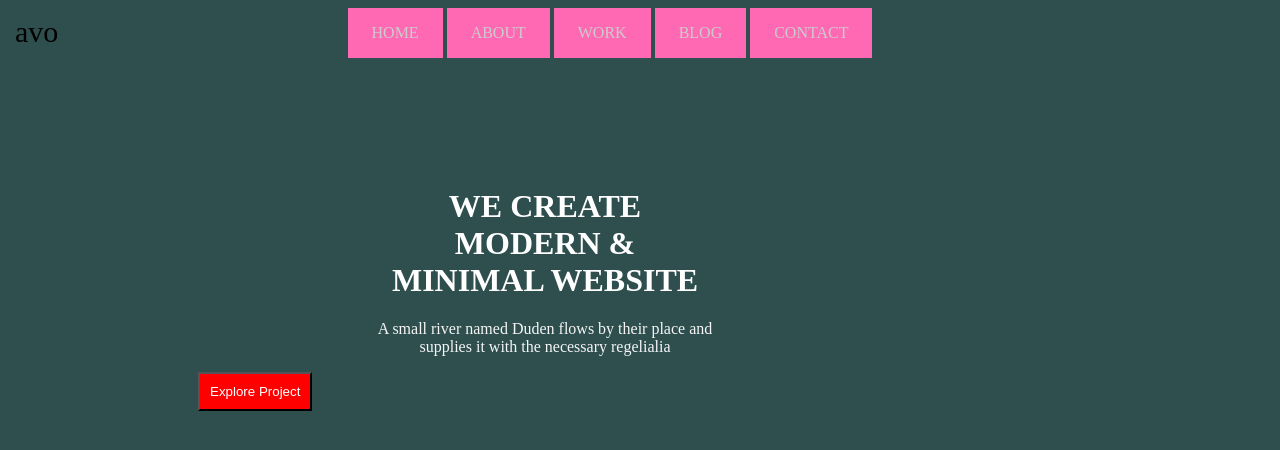
Repository: Tobby004/AVO-Template
Page: avo.html
These files come from the project's save history. The page is drawn as it stood at one moment and after the next save; the edit follows.
The browser window is 1280 px wide. The pictures show the whole page.

Above is the page before, as saved 2023-03-29 08:19:52.

After the next save:
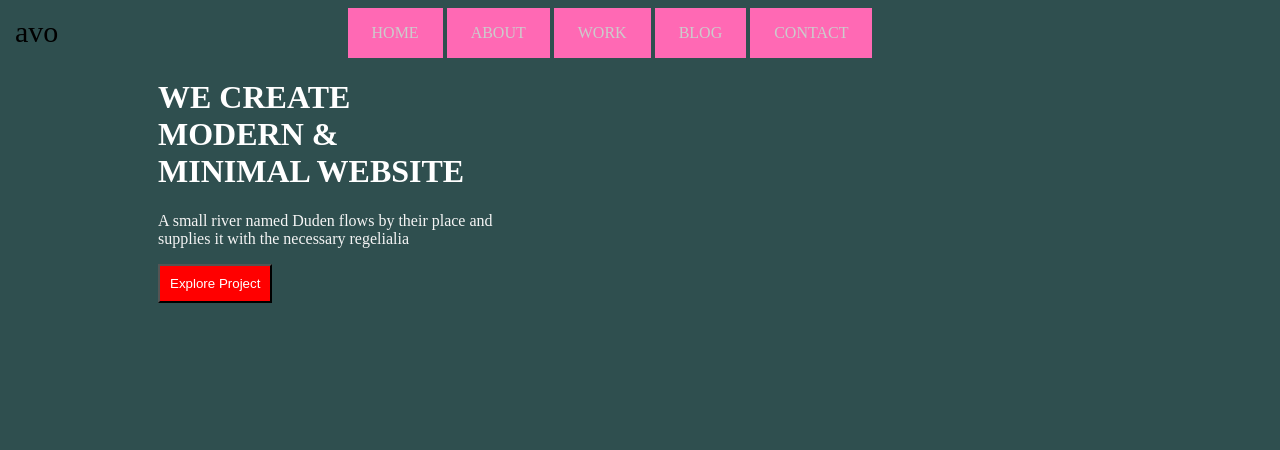
Saved 23 min 40 s later.
--- a/avo.css
+++ b/avo.css
@@ -25,18 +25,15 @@ color: #ccc;
 }
 h1 {
     color: white;
-    text-align: center;
-    margin-right: 190px;
-    margin-top: 130px;
+    margin-left: 150px;
 }
 main p {
     color: whitesmoke;
-    text-align: center;
-    margin-right: 190px;
+    margin-left: 150px;
 }
 input[type="button"] {
     padding: 10px;
     color: white;
     background: red;
-    margin-left: 190px;
+    margin-left: 150px;
 }
